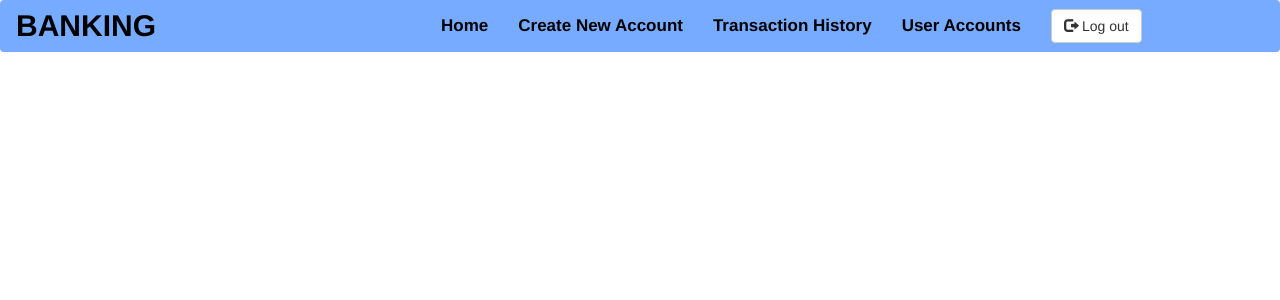
Repository: rukmini10/DXC
Page: http://localhost/Account/AdminHeader.jsp
An editor plug-in stored every save of this project. The page is shown before and after the next save, followed by the edit.
The browser window is 1280 px wide. The pictures show the whole page.
Some web libraries are served in a nearby version. The page is served by Tomcat 9. Other server files are loaded and not shown.

Above is the page before, as saved 2022-05-03 13:05:48.

### DXC_MAVEN/Account/src/main/webapp/AdminHeader.jsp
<%@ page language="java" contentType="text/html; charset=ISO-8859-1"
    pageEncoding="ISO-8859-1"%>
<!DOCTYPE html PUBLIC "-//W3C//DTD HTML 4.01 Transitional//EN" "http://www.w3.org/TR/html4/loose.dtd">
<html lang="en">
<head>
  <title>Admin Page</title>
  <meta charset="utf-8">
  <meta name="viewport" content="width=device-width, initial-scale=1">
  <link rel="stylesheet" href="https://maxcdn.bootstrapcdn.com/bootstrap/3.3.7/css/bootstrap.min.css">
  <script src="https://ajax.googleapis.com/ajax/libs/jquery/3.2.1/jquery.min.js"></script>
  <script src="https://maxcdn.bootstrapcdn.com/bootstrap/3.3.7/js/bootstrap.min.js"></script>
</head>
<body>

<nav class="navbar navbar-light" style="background-color: #77abff;"">
  <div class="container-fluid">
    <div class="navbar-header">
      <a class="navbar-brand" href="#" style="color:black;font-size:30px;font-weight:bold;">BANKING</a>
    </div>
    <ul style="padding-left:255px" class="nav navbar-nav">
      <li class="active"><a href="#" style="color:black;font-size:17px;font-weight:bold">Home</a></li>
      <li><a href="createAccount.obj" style="color:black;font-size:17px;font-weight:bold;"> Create New Account</a></li>
      <li><a href="viewStatement.obj" style="color:black;font-size:17px;font-weight:bold;">Transaction History</a></li>
	  <li><a href="#" style="color:black;font-size:17px;font-weight:bold;">User Accounts</a></li>

    </ul>

    <form class="navbar-form navbar-left ">

	  <a href="AdminLogin.jsp" action="AdminLogin.jsp" class="btn btn-default btn-md">
          <span class="glyphicon glyphicon-log-out"></span> Log out
      </a>

    </form>
  </div>
</nav>

After the next save:
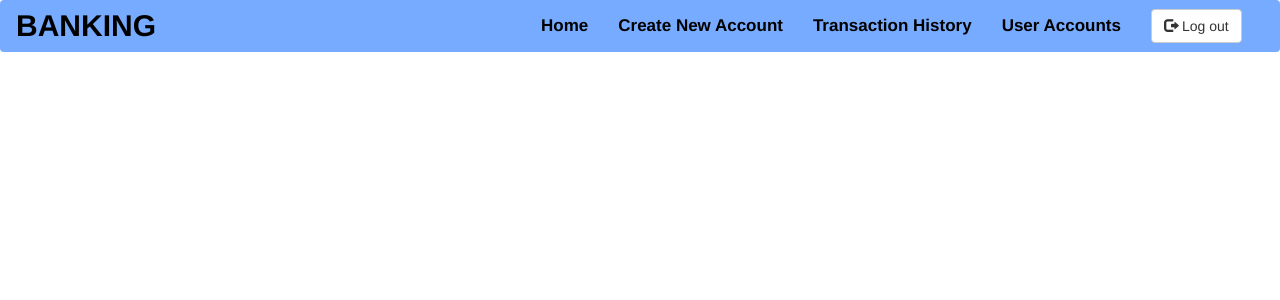
Saved 17 s later.
--- a/DXC_MAVEN/Account/src/main/webapp/AdminHeader.jsp
+++ b/DXC_MAVEN/Account/src/main/webapp/AdminHeader.jsp
@@ -17,7 +17,7 @@
     <div class="navbar-header">
       <a class="navbar-brand" href="#" style="color:black;font-size:30px;font-weight:bold;">BANKING</a>
     </div>
-    <ul style="padding-left:255px" class="nav navbar-nav">
+    <ul style="padding-left:355px" class="nav navbar-nav">
       <li class="active"><a href="#" style="color:black;font-size:17px;font-weight:bold">Home</a></li>
       <li><a href="createAccount.obj" style="color:black;font-size:17px;font-weight:bold;"> Create New Account</a></li>
       <li><a href="viewStatement.obj" style="color:black;font-size:17px;font-weight:bold;">Transaction History</a></li>
